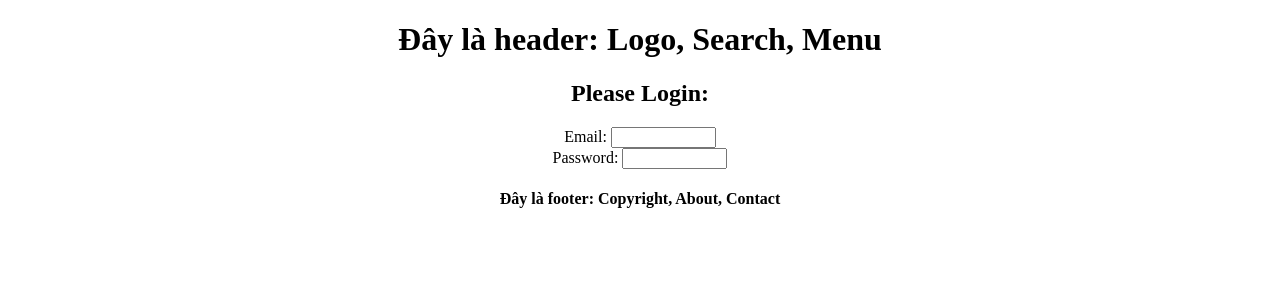
Repository: tranky1992/tranky1992.github.io
Page: http://localhost/BookStoreWebsite/frontend/login.jsp
An editor plug-in stored every save of this project. The page is shown before and after the next save, followed by the edit.
The browser window is 1280 px wide. The pictures show the whole page.
The page is served by Tomcat 9. Other server files are loaded and not shown.

Above is the page before, as saved 2020-10-01 09:16:00.

### BookStoreWebsite/WebContent/frontend/login.jsp
<%@ page language="java" contentType="text/html; charset=UTF-8" pageEncoding="UTF-8"%>
<!DOCTYPE html PUBLIC "-//W3C//DTD HTML 4.01 Transitional//EN" "http://www.w3.org/TR/html4/loose.dtd">
<html>
<head>
<meta http-equiv="Content-Type" content="text/html; charset=UTF-8">
<title>Login</title>
</head>
<body>
	<div align="center">
		<h1>Đây là header: Logo, Search, Menu</h1>
	</div>
	<div align="center">
		<h2>Please Login: </h2>
		<form action="">
			Email: <input type="text" size ="10"><br>
			Password: <input type="password" size ="10"/>
		</form>
	</div>
	<div align="center">
		<h4>
			Đây là footer: Copyright, About, Contact
		</h4>
	</div>
</body>
</html>

After the next save:
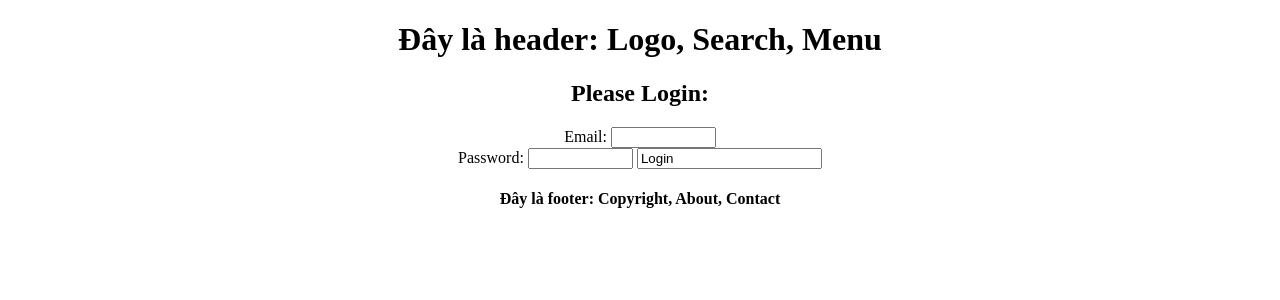
Saved 69 s later.
--- a/BookStoreWebsite/WebContent/frontend/login.jsp
+++ b/BookStoreWebsite/WebContent/frontend/login.jsp
@@ -14,6 +14,7 @@
 		<form action="">
 			Email: <input type="text" size ="10"><br>
 			Password: <input type="password" size ="10"/>
+			<input tpye="submit" value="Login" />
 		</form>
 	</div>
 	<div align="center">
